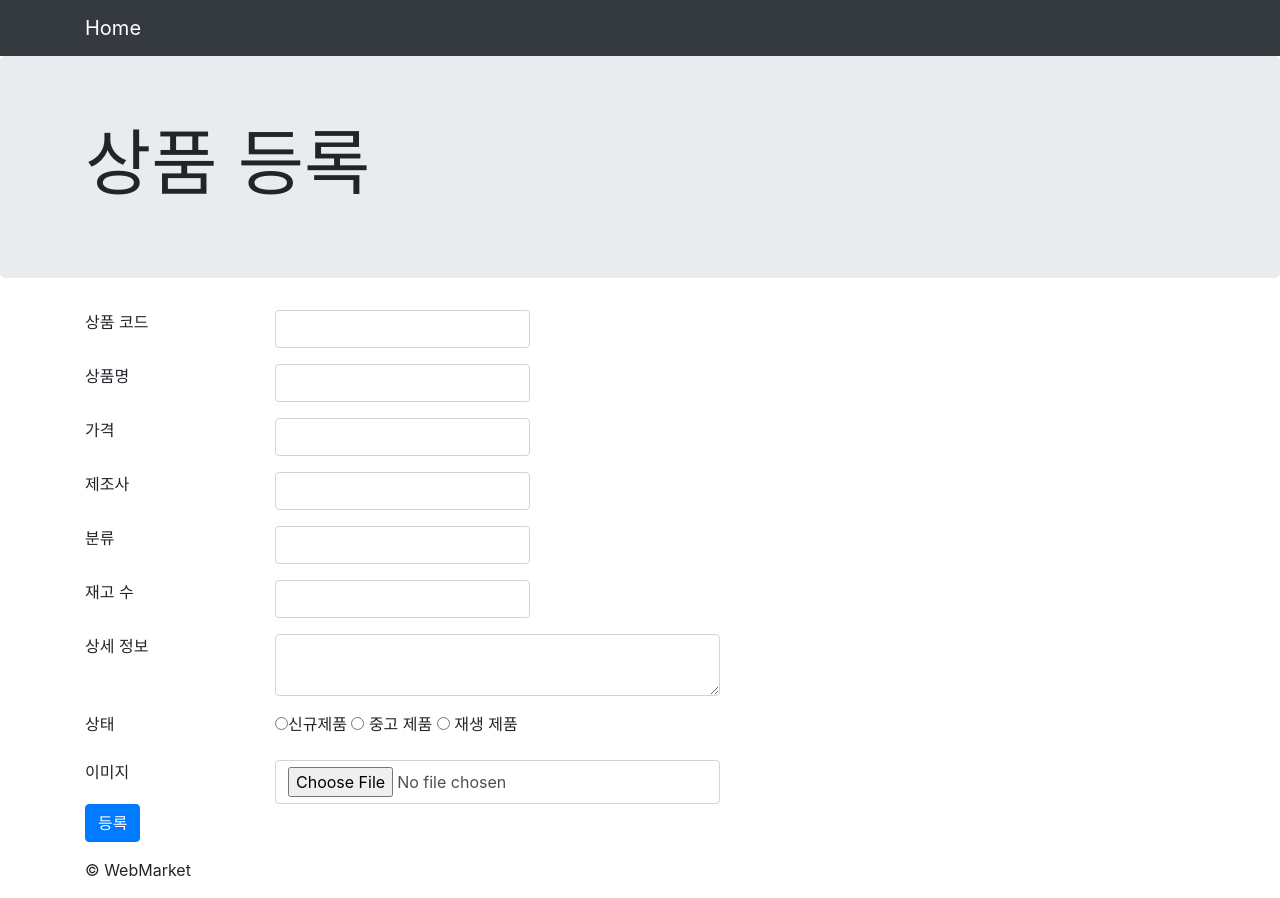
Repository: Gusionling/CSE
Page: http://localhost/WebMarket/addProduct.jsp
These files come from the project's save history. The page is drawn as it stood at one moment and after the next save; the edit follows.
The browser window is 1280 px wide. The pictures show the whole page.
The page is served by Tomcat 9. Nobody is signed in. The application's start-up code is not run. Other server files are loaded and not shown.

Above is the page before, as saved 2023-11-02 05:26:12.

### WebPrograming/WebMarket/src/main/webapp/addProduct.jsp
<%@ page language="java" contentType="text/html; charset=UTF-8"
    pageEncoding="UTF-8"%>
<%@ taglib prefix="fmt" uri="http://java.sun.com/jsp/jstl/fmt" %>
<html>
<head>
<link rel="stylesheet"
	href = " ./resources/css/bootstrap.min.css"/><title>상품 등록</title>
</head>
<body>

	<fmt:setLocale value='<%= request.getParameter("language") %>'/>
	<fmt:bundle basename="bundle.message" >

	<jsp:include page="menu.jsp"/>
	<div class="jumbotron">
		<div class="container">
			<h1 class="display-3">상품 등록</h1>
		</div>
	</div>
	<div class="container">
		<form name="newProduct" action="./processAddProduct.jsp"class="form-horizontal" method="post" enctype="multipart/form-data">
			<div class="form-group row">
				<label class="col-sm-2">상품 코드</label>
				<div class="col-sm-3">
					<input type="text" name="productId" class="form-control">
				</div>
			</div>
			<div class="form-group row">
				<label class="col-sm-2">상품명</label>
				<div class="col-sm-3">
					<input type="text" name="name" class="form-control">
				</div>
			</div>
			<div class="form-group row">
				<label class="col-sm-2">가격</label>
				<div class="col-sm-3">
					<input type="text" name="unitPrice" class="form-control">
				</div>
			</div>
			<div class="form-group row">
				<label class="col-sm-2">제조사</label>
				<div class="col-sm-3">
					<input type="text" name="manufacturer" class="form-control">
				</div>
			</div>
			<div class="form-group row">
				<label class="col-sm-2">분류</label>
				<div class="col-sm-3">
					<input type="text" name="category" class="form-control">
				</div>
			</div>
			<div class="form-group row">
				<label class="col-sm-2">재고 수 </label>
				<div class="col-sm-3">
					<input type="text" name="unitsInStock" class="form-control">
				</div>
			</div>
			<div class="form-group row">
				<label class="col-sm-2">상세 정보</label>
				<div class="col-sm-5">
					<textarea name="description" cols="50" rows="2" class="form-control"></textarea>
				</div>
			</div>
			<div class="form-group row">
				<label class="col-sm-2">상태</label>
				<div class="col-sm-5">
					<input type="radio" name="condition" value="New ">신규제품
					<input type="radio" name="condition" value="Old"> 중고 제품
					<input type="radio" name="condition" value="Refurbished"> 재생 제품
 				</div>
			</div>
			<div class="form-group row">
				<label class="col-sm-2">이미지</label>
				<div class="col-sm-5">
					<input type="file" name="productIamge" class="form-control">
				</div>
				<div class="col-sm-offset-2 col-sm-10">
					<input type="submit" class="btn btn-primary" value="등록">
				</div>
			</div>
		</form>
	</div>
	<jsp:include page="footer.jsp"/>
</fmt:bundle>
</body>
</html>

### WebPrograming/WebMarket/src/main/webapp/menu.jsp
<nav class = "navbar navbar-expend navbar-dark bg-dark">
		<div class = "container">
			<div class = "navbar-header">
				<a class = "navbar-brand" href="./welcome.jsp">Home</a>
			</div>
		</div>
</nav>

### WebPrograming/WebMarket/src/main/webapp/footer.jsp
<footer class = "container">
		<p>&copy; WebMarket</p>
</footer>

Loaded but not shown: WebPrograming/WebMarket/src/main/webapp/resources/css/bootstrap.min.css (library)

After the next save:
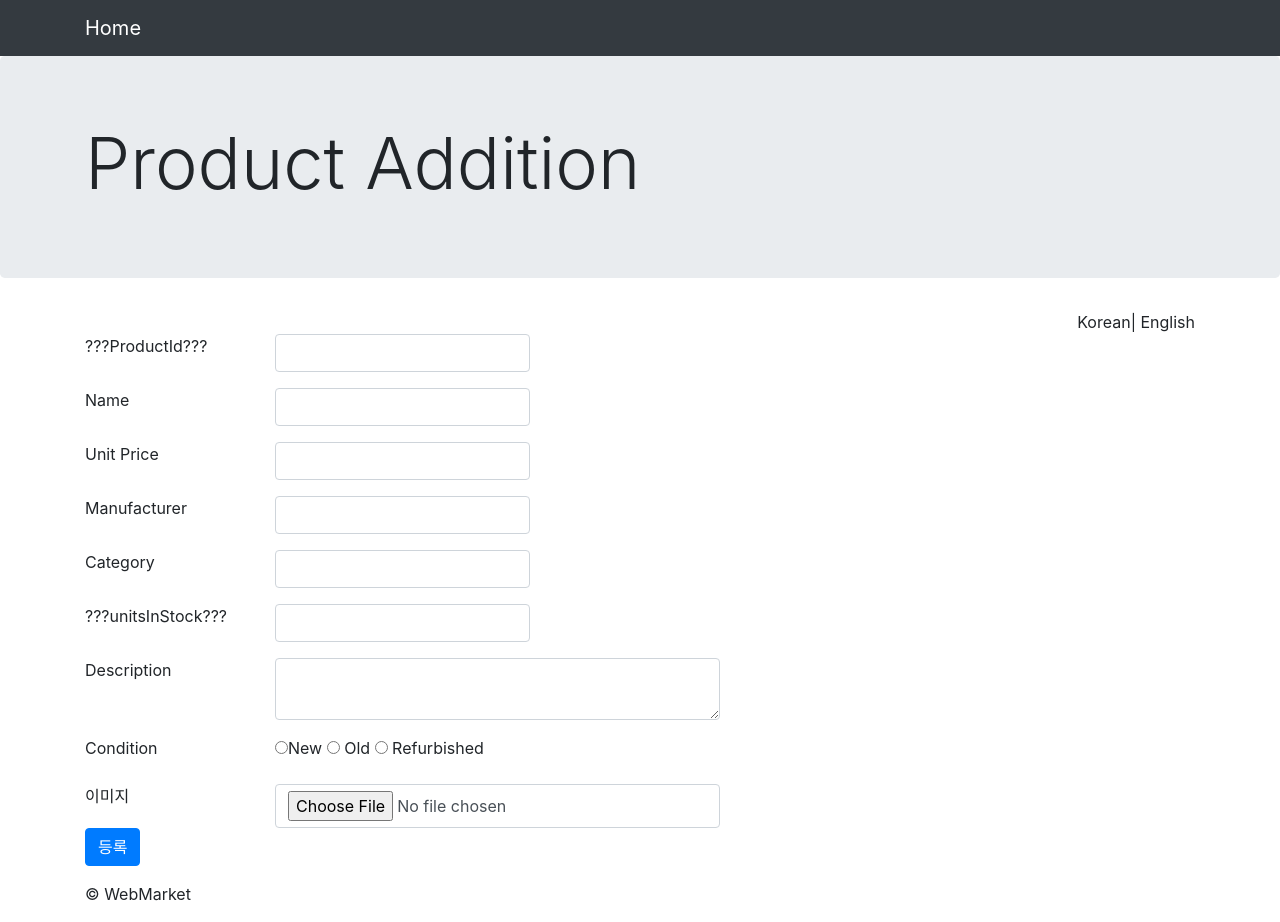
Saved 7 min 52 s later.
--- a/WebPrograming/WebMarket/src/main/webapp/addProduct.jsp
+++ b/WebPrograming/WebMarket/src/main/webapp/addProduct.jsp
@@ -14,59 +14,64 @@
 	<jsp:include page="menu.jsp"/>
 	<div class="jumbotron">
 		<div class="container">
-			<h1 class="display-3">상품 등록</h1>
+			<h1 class="display-3"><fmt:message key="title"></fmt:message></h1>
 		</div>
 	</div>
 	<div class="container">
+		<div class="text-right">
+			<a herf="?language=ko"  >Korean</a>|<a herf="?language=en" >
+			English</a>
+		</div>
 		<form name="newProduct" action="./processAddProduct.jsp"class="form-horizontal" method="post" enctype="multipart/form-data">
 			<div class="form-group row">
-				<label class="col-sm-2">상품 코드</label>
+				<label class="col-sm-2"><fmt:message key="ProductId" />
+				</label>
 				<div class="col-sm-3">
 					<input type="text" name="productId" class="form-control">
 				</div>
 			</div>
 			<div class="form-group row">
-				<label class="col-sm-2">상품명</label>
+				<label class="col-sm-2"><fmt:message key="pname" /></label>
 				<div class="col-sm-3">
 					<input type="text" name="name" class="form-control">
 				</div>
 			</div>
 			<div class="form-group row">
-				<label class="col-sm-2">가격</label>
+				<label class="col-sm-2"><fmt:message key="unitPrice" /></label>
 				<div class="col-sm-3">
 					<input type="text" name="unitPrice" class="form-control">
 				</div>
 			</div>
 			<div class="form-group row">
-				<label class="col-sm-2">제조사</label>
+				<label class="col-sm-2"><fmt:message key="manufacturer" /></label>
 				<div class="col-sm-3">
 					<input type="text" name="manufacturer" class="form-control">
 				</div>
 			</div>
 			<div class="form-group row">
-				<label class="col-sm-2">분류</label>
+				<label class="col-sm-2"><fmt:message key="category" /></label>
 				<div class="col-sm-3">
 					<input type="text" name="category" class="form-control">
 				</div>
 			</div>
 			<div class="form-group row">
-				<label class="col-sm-2">재고 수 </label>
+				<label class="col-sm-2"><fmt:message key="unitsInStock" /></label>
 				<div class="col-sm-3">
 					<input type="text" name="unitsInStock" class="form-control">
 				</div>
 			</div>
 			<div class="form-group row">
-				<label class="col-sm-2">상세 정보</label>
+				<label class="col-sm-2"><fmt:message key="description" /></label>
 				<div class="col-sm-5">
 					<textarea name="description" cols="50" rows="2" class="form-control"></textarea>
 				</div>
 			</div>
 			<div class="form-group row">
-				<label class="col-sm-2">상태</label>
+				<label class="col-sm-2"><fmt:message key="condition" /></label>
 				<div class="col-sm-5">
-					<input type="radio" name="condition" value="New ">신규제품
-					<input type="radio" name="condition" value="Old"> 중고 제품
-					<input type="radio" name="condition" value="Refurbished"> 재생 제품
+					<input type="radio" name="condition" value="New "><fmt:message key="condition_New" />
+					<input type="radio" name="condition" value="Old"> <fmt:message key="condition_Old" />
+					<input type="radio" name="condition" value="Refurbished"> <fmt:message key="condition_Refurbished" />
  				</div>
 			</div>
 			<div class="form-group row">
